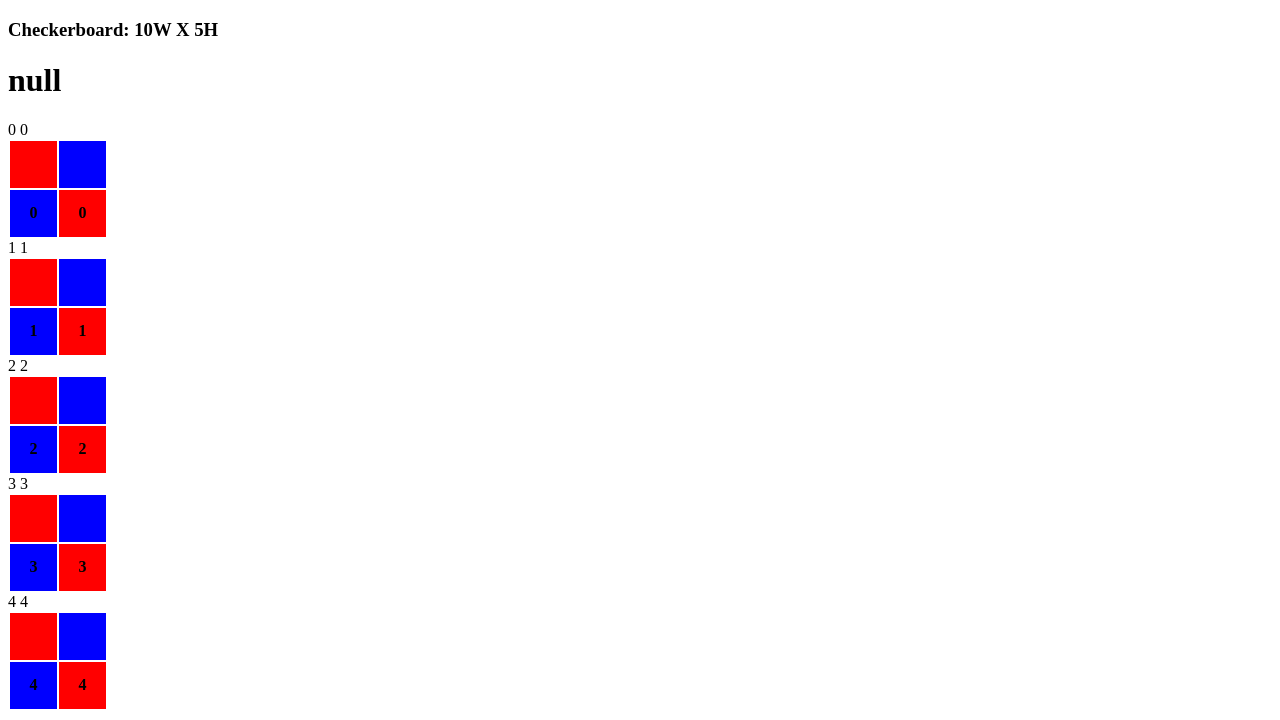
Repository: ben-mandakh/Java-Projects
Page: http://localhost/CheckerBoard/CheckerBoard.jsp
An editor plug-in stored every save of this project. The page is shown before and after the next save, followed by the edit.
The browser window is 1280 px wide. The pictures show the whole page.
The page is served by Tomcat 9.

Above is the page before, as saved 2019-08-09 02:43:37.

After the next save:
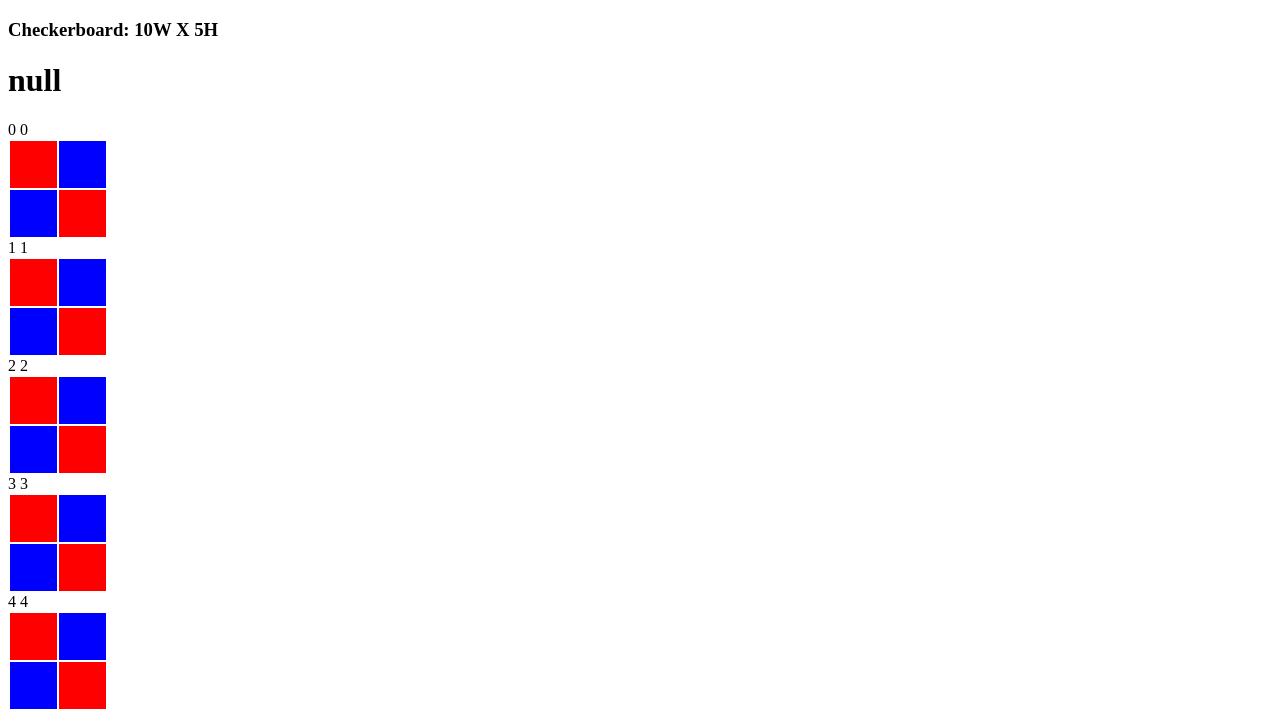
Saved 67 s later.
--- a/CheckerBoard/WebContent/CheckerBoard.jsp
+++ b/CheckerBoard/WebContent/CheckerBoard.jsp
@@ -25,8 +25,8 @@
 		</tr>
 		<tr>
 
-			<th style="width:45px; height:45px; background-color: blue"> <%= i %></th>
-			<th style="width:45px; height:45px; background-color: red"> <%= i %></th>
+			<th style="width:45px; height:45px; background-color: blue"> </th>
+			<th style="width:45px; height:45px; background-color: red"> </th>
 
 		</tr>
 	</table>
